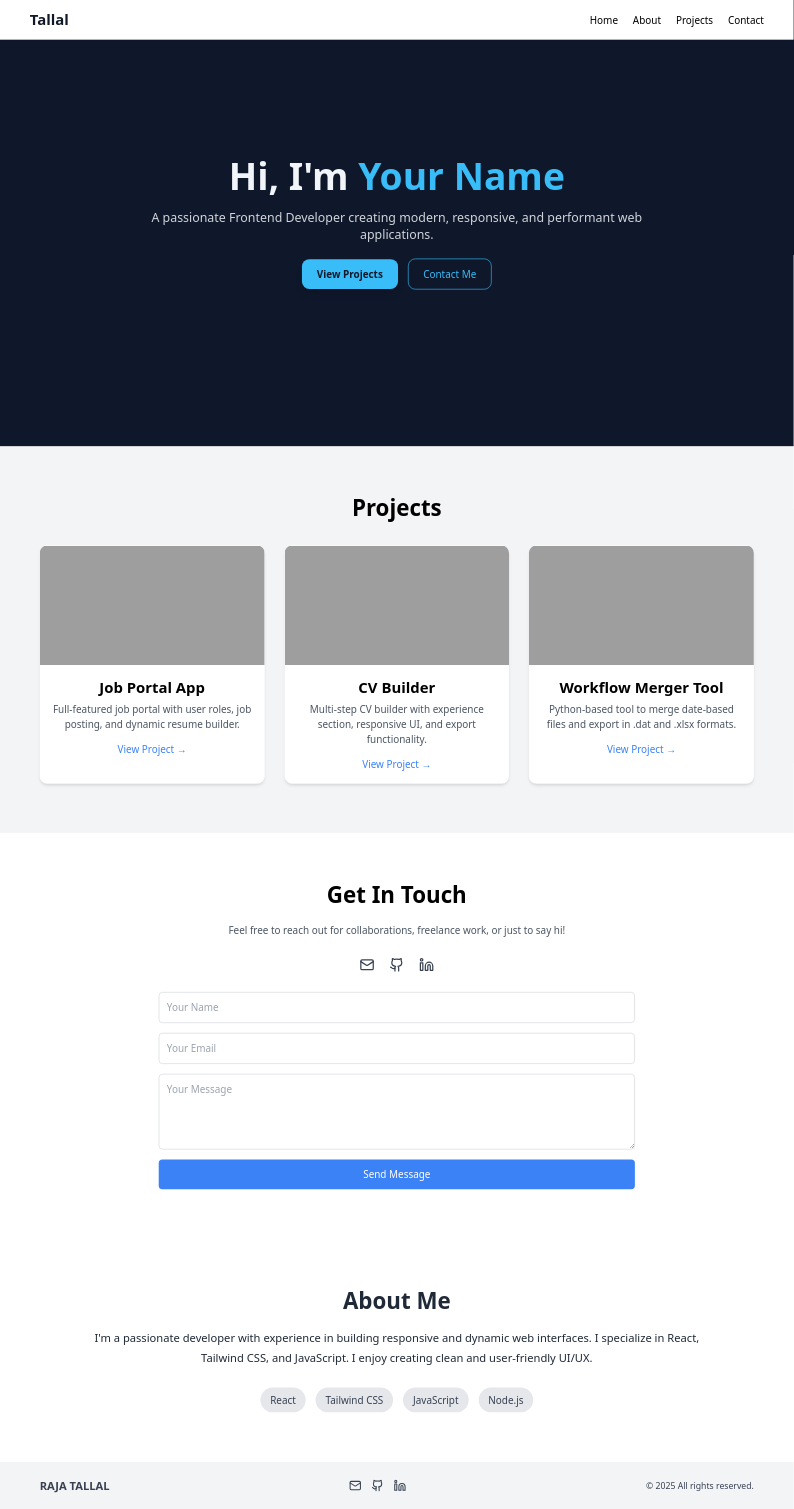
Repository: TalalAhmed011/My-portfolio
Page: /
An editor plug-in stored every save of this project. The page is shown before and after the next save, followed by the edit.
The browser window is 1280 px wide. The pictures show the whole page, at 62% of full size.
Pictures or frames that could not be fetched are drawn as grey boxes. The project was rebuilt for these pictures with package versions that can differ from the ones it lists, and the page was loaded fresh each time. Also part of the build but not shown: vite.config.js.

Above is the page before, as saved 2025-08-02 08:19:35.

After the next save:
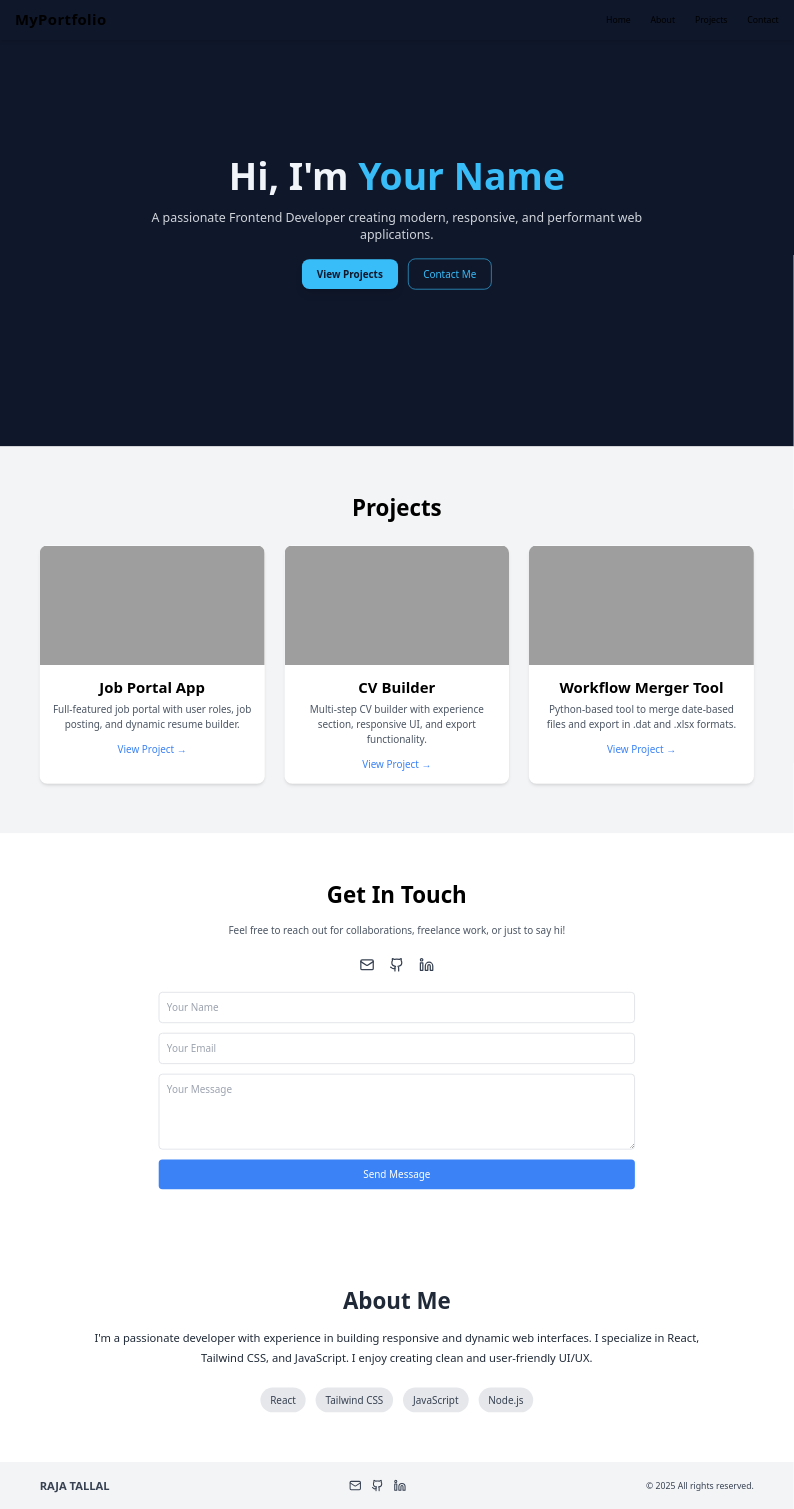
Saved 2 min 42 s later.
--- a/src/assets/components/navbar.jsx
+++ b/src/assets/components/navbar.jsx
@@ -1,81 +1,22 @@
-// src/assets/components/Navbar.jsx
-import React, { useState } from "react";
+import React from "react";
 
-const Navbar = () => {
-  const [menuOpen, setMenuOpen] = useState(false);
-
-  const navLinks = [
-    { href: "#hero", label: "Home" },
-    { href: "#about", label: "About" },
-    { href: "#projects", label: "Projects" },
-    { href: "#contact", label: "Contact" },
-  ];
-
+const Nav = () => {
   return (
-    <header className="w-full fixed top-0 left-0 bg-white shadow-sm z-50">
-      <div className="max-w-7xl mx-auto px-6 md:px-12 py-4 flex items-center justify-between">
-        <h1 className="text-2xl font-heading font-bold text-dark">Tallal</h1>
-
-        {/* Desktop Navigation */}
-        <nav className="hidden md:flex gap-6 items-center">
-          {navLinks.map((link) => (
-            <a
-              key={link.href}
-              href={link.href}
-              className="text-muted hover:text-accent transition-colors font-medium"
-            >
-              {link.label}
-            </a>
-          ))}
-        </nav>
-
-        {/* Mobile Menu Button */}
-        <button
-          className="md:hidden text-dark focus:outline-none"
-          onClick={() => setMenuOpen(!menuOpen)}
-        >
-          <svg
-            className="w-6 h-6"
-            fill="none"
-            stroke="currentColor"
-            viewBox="0 0 24 24"
-          >
-            {menuOpen ? (
-              <path
-                strokeLinecap="round"
-                strokeLinejoin="round"
-                strokeWidth={2}
-                d="M6 18L18 6M6 6l12 12"
-              />
-            ) : (
-              <path
-                strokeLinecap="round"
-                strokeLinejoin="round"
-                strokeWidth={2}
-                d="M4 6h16M4 12h16M4 18h16"
-              />
-            )}
-          </svg>
-        </button>
+    <nav className="bg-dark text-light fixed w-full z-50 shadow-md">
+      <div className="max-w-7xl mx-auto px-6 py-4 flex justify-between items-center font-sans">
+        <h1 className="text-2xl font-semibold tracking-wide text-accent">MyPortfolio</h1>
+        <ul className="hidden md:flex space-x-8 text-sm">
+          <li><a href="#hero" className="hover:text-accent transition duration-300">Home</a></li>
+          <li><a href="#about" className="hover:text-accent transition duration-300">About</a></li>
+          <li><a href="#projects" className="hover:text-accent transition duration-300">Projects</a></li>
+          <li><a href="#contact" className="hover:text-accent transition duration-300">Contact</a></li>
+        </ul>
+        <div className="md:hidden">
+          {/* You can add hamburger mobile toggle here later */}
+        </div>
       </div>
-
-      {/* Mobile Menu */}
-      {menuOpen && (
-        <nav className="md:hidden bg-white shadow-inner px-6 pb-4">
-          {navLinks.map((link) => (
-            <a
-              key={link.href}
-              href={link.href}
-              className="block py-2 text-muted hover:text-accent transition-colors font-medium"
-              onClick={() => setMenuOpen(false)}
-            >
-              {link.label}
-            </a>
-          ))}
-        </nav>
-      )}
-    </header>
+    </nav>
   );
 };
 
-export default Navbar;
+export default Nav;

After the save that followed:
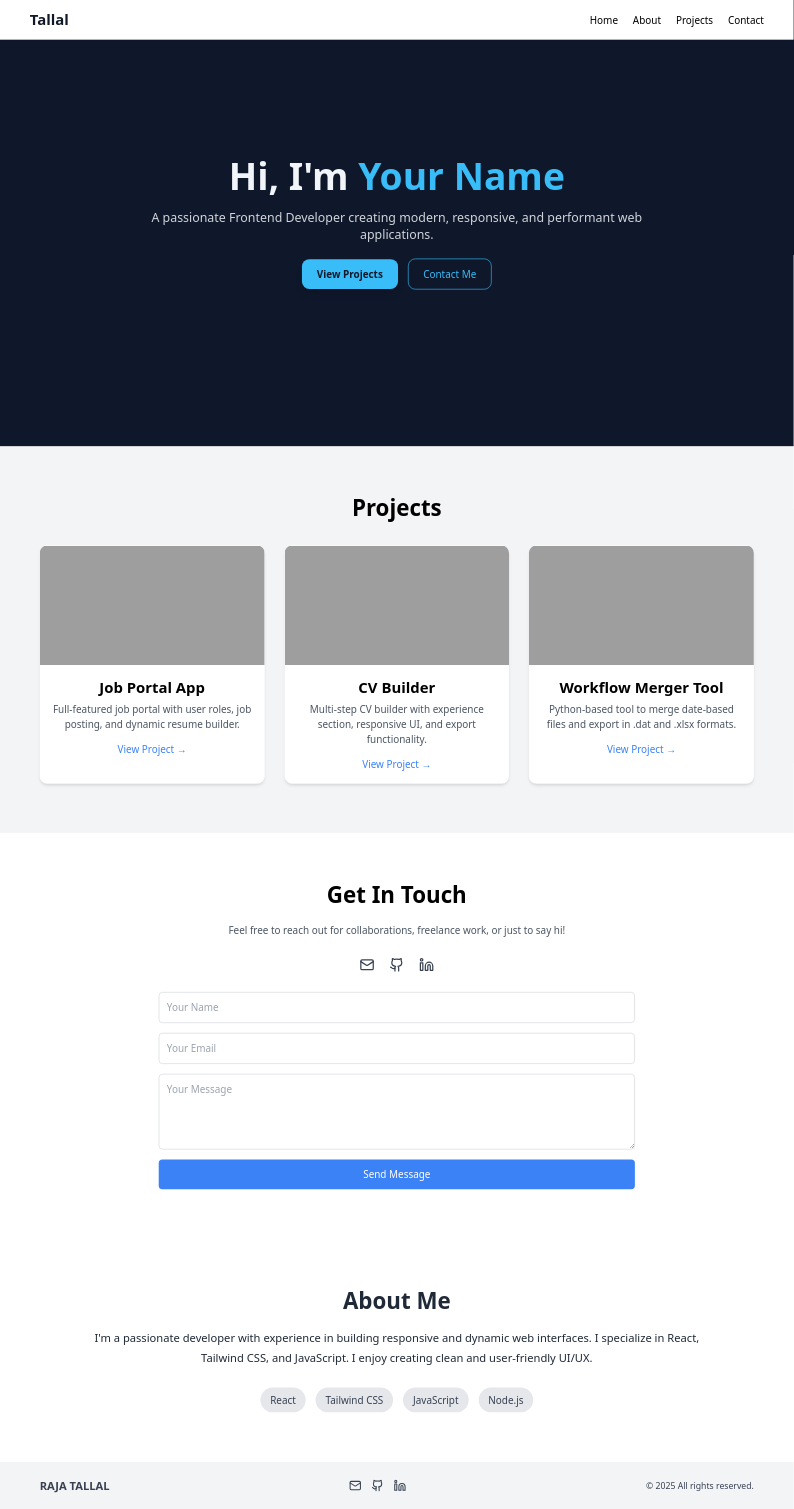
Saved 7 s later.
--- a/src/assets/components/navbar.jsx
+++ b/src/assets/components/navbar.jsx
@@ -1,22 +1,81 @@
-import React from "react";
+// src/assets/components/Navbar.jsx
+import React, { useState } from "react";
 
-const Nav = () => {
+const Navbar = () => {
+  const [menuOpen, setMenuOpen] = useState(false);
+
+  const navLinks = [
+    { href: "#hero", label: "Home" },
+    { href: "#about", label: "About" },
+    { href: "#projects", label: "Projects" },
+    { href: "#contact", label: "Contact" },
+  ];
+
   return (
-    <nav className="bg-dark text-light fixed w-full z-50 shadow-md">
-      <div className="max-w-7xl mx-auto px-6 py-4 flex justify-between items-center font-sans">
-        <h1 className="text-2xl font-semibold tracking-wide text-accent">MyPortfolio</h1>
-        <ul className="hidden md:flex space-x-8 text-sm">
-          <li><a href="#hero" className="hover:text-accent transition duration-300">Home</a></li>
-          <li><a href="#about" className="hover:text-accent transition duration-300">About</a></li>
-          <li><a href="#projects" className="hover:text-accent transition duration-300">Projects</a></li>
-          <li><a href="#contact" className="hover:text-accent transition duration-300">Contact</a></li>
-        </ul>
-        <div className="md:hidden">
-          {/* You can add hamburger mobile toggle here later */}
-        </div>
+    <header className="w-full fixed top-0 left-0 bg-white shadow-sm z-50">
+      <div className="max-w-7xl mx-auto px-6 md:px-12 py-4 flex items-center justify-between">
+        <h1 className="text-2xl font-heading font-bold text-dark">Tallal</h1>
+
+        {/* Desktop Navigation */}
+        <nav className="hidden md:flex gap-6 items-center">
+          {navLinks.map((link) => (
+            <a
+              key={link.href}
+              href={link.href}
+              className="text-muted hover:text-accent transition-colors font-medium"
+            >
+              {link.label}
+            </a>
+          ))}
+        </nav>
+
+        {/* Mobile Menu Button */}
+        <button
+          className="md:hidden text-dark focus:outline-none"
+          onClick={() => setMenuOpen(!menuOpen)}
+        >
+          <svg
+            className="w-6 h-6"
+            fill="none"
+            stroke="currentColor"
+            viewBox="0 0 24 24"
+          >
+            {menuOpen ? (
+              <path
+                strokeLinecap="round"
+                strokeLinejoin="round"
+                strokeWidth={2}
+                d="M6 18L18 6M6 6l12 12"
+              />
+            ) : (
+              <path
+                strokeLinecap="round"
+                strokeLinejoin="round"
+                strokeWidth={2}
+                d="M4 6h16M4 12h16M4 18h16"
+              />
+            )}
+          </svg>
+        </button>
       </div>
-    </nav>
+
+      {/* Mobile Menu */}
+      {menuOpen && (
+        <nav className="md:hidden bg-white shadow-inner px-6 pb-4">
+          {navLinks.map((link) => (
+            <a
+              key={link.href}
+              href={link.href}
+              className="block py-2 text-muted hover:text-accent transition-colors font-medium"
+              onClick={() => setMenuOpen(false)}
+            >
+              {link.label}
+            </a>
+          ))}
+        </nav>
+      )}
+    </header>
   );
 };
 
-export default Nav;
+export default Navbar;
